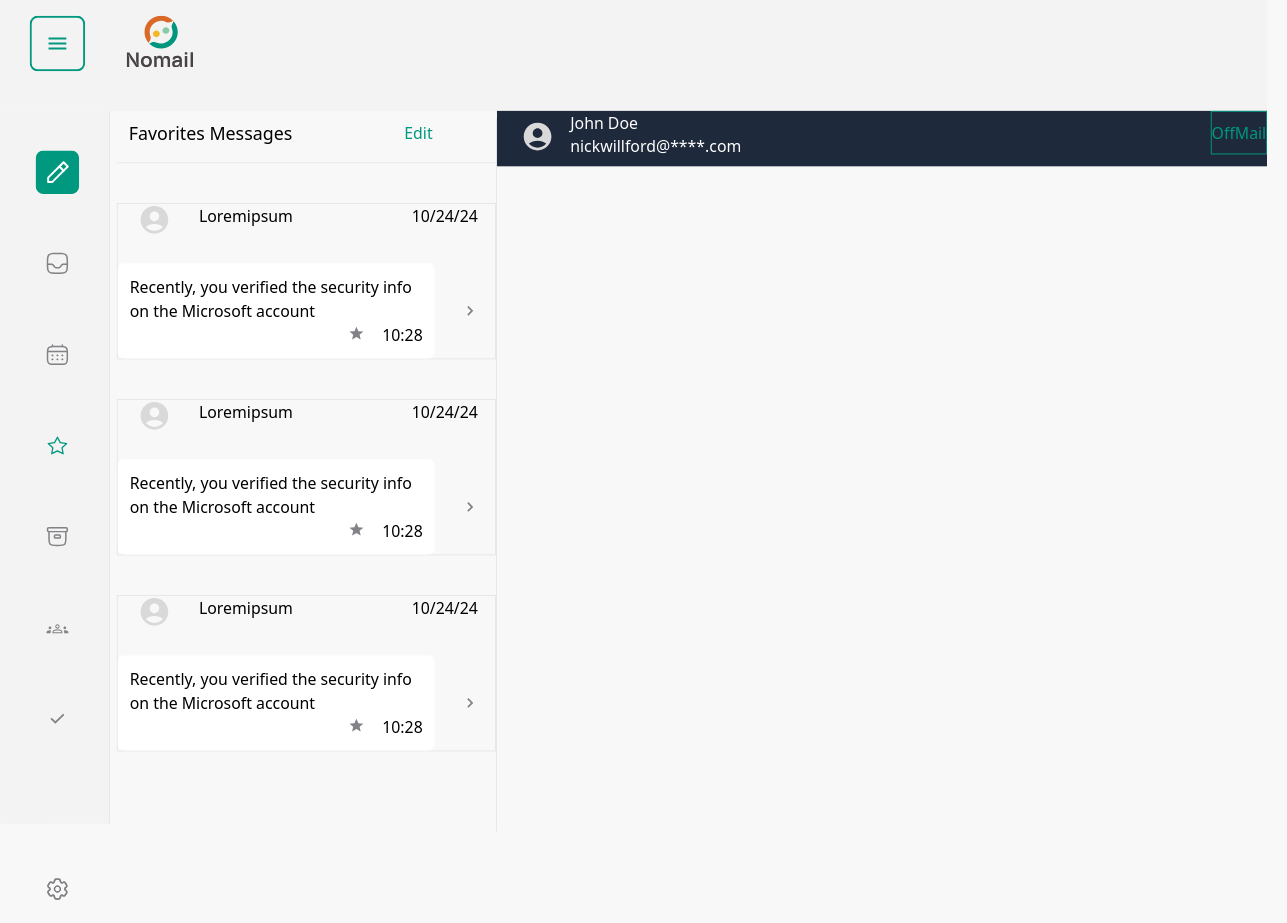
Repository: Tofigkh1/Nomail-Project
Page: /favorites (app in client/)
An editor plug-in stored every save of this project. The page is shown before and after a run of saves, followed by the edit.
The browser window is 1280 px wide. The page is 1280 px wide, then 1300 px, so the pictures cover 1300 px, including what lies to the right of the window. The pictures show the whole page, at 99% of full size.
The project was rebuilt for these pictures with package versions that can differ from the ones it lists, and the page was loaded fresh each time. The framework's server and built-in components were replaced by stand-ins that run in the browser. Also part of the build but not shown: client/next.config.mjs, client/components/shared/svg/FavoritesSvg.jsx, client/components/shared/svg/calendarActiveSvg.jsx, client/components/shared/client/CheckBox/index.tsx.

Above is the page before, as saved 2024-11-22 03:07:02.

### client/app/layout.tsx

import type { Metadata } from "next";
import localFont from "next/font/local";
import "./Styles/globals.css";


const geistSans = localFont({
  src: "./fonts/GeistVF.woff",
  variable: "--font-geist-sans",
  weight: "100 900",
});
const geistMono = localFont({
  src: "./fonts/GeistMonoVF.woff",
  variable: "--font-geist-mono",
  weight: "100 900",
});

export const metadata: Metadata = {
  title: "Create Next App",
  description: "Generated by create next app",
};

export default function RootLayout({
  children,
}: Readonly<{
  children: React.ReactNode;
}>) {
  return (
    <html lang="en">
      <body
        className={`${geistSans.variable} ${geistMono.variable} antialiased`}
      >
        {children}

      </body>
    </html>
  );
}

### client/app/Styles/globals.css
@tailwind base;
@tailwind components;
@tailwind utilities;

body{
  background-color: #f8f8f8;
}

.App {
  font-family: sans-serif;
  text-align: center;
}


:root {
  --background: #ffffff;
  --foreground: #171717;
}

@media (prefers-color-scheme: dark) {
  :root {
    --background: #0a0a0a;
    --foreground: #ededed;
  }
}


@layer utilities {
  .text-balance {
    text-wrap: balance;
  }
}

### client/components/shared/client/Header/header.tsx
'use client';
import { useContext } from "react";
import { SidebarContext } from '../SideBarMenu/sideBarMenu'; // Import context
import NomailLogo from "@/components/shared/svg/headerlLogoSvg";
import HamburgerBtnSvg from "../../svg/hamburgerBtnSvg"



export default function Header() {

    const { expanded, setExpanded } = useContext(SidebarContext); // Access context

    return (
        <div className="flex items-center justify-between p-4 bg-headerColor text-white">
            <div className='w-auto h-20 flex gap-14'>

                <div>
                    <button onClick={() => setExpanded(!expanded)}
                            className="pl-3.5  hover:bg-clientButtonGreen w-14 h-11">
                        <HamburgerBtnSvg/>
                    </button>
                </div>

                <div>
                    <NomailLogo/>
                </div>


            </div>
        </div>
    );
}

### client/components/shared/client/SideBarMenu/sideBarMenu.tsx
'use client';
import React, {  useContext, ReactNode } from "react";
// import { ChevronFirst, ChevronLast } from "lucide-react";


export const SidebarContext = React.createContext<{ expanded: boolean; setExpanded: (expanded: boolean) => void; }>({
    expanded: false,
    setExpanded: () => {},
});

// Sidebar component now depends on context for state
export default function Sidebar({ children }: { children: ReactNode }) {
    const { expanded } = useContext(SidebarContext);

    return (
        <aside className="h-screen bg-headerColor">
            <nav
                className={`h-full flex flex-col bg-headerColor border-r border-whiteLight3 transition-all duration-200 ease-in-out ml-3 ${expanded ? "w-[127%] h-[130%] " : "w-[99px]"}`}>

                <ul className=" flex-1 px-3">{children}</ul>
            </nav>
        </aside>
    );
}

// SidebarItem component for individual items inside the sidebar
type SidebarItemProps = {
    icon: ReactNode;   // Icon to display in the sidebar item
    text: string;      // Text to display in the sidebar item
    active: boolean;   // Boolean to determine if the item is active (highlighted)
    onClick: () => void; // Add onClick function to handle clicks
    style?: React.CSSProperties;
};

export function SidebarItem({icon, text, active, onClick,style}: SidebarItemProps) {
    const context = useContext(SidebarContext); // Sidebar context to manage expanded/collapsed state
    const {expanded} = context!;

    return (

        <li
            onClick={onClick} // Attach the click handler here
            style={style}
            className={`group relative flex items-center py-2 px-3 my-1 font-medium rounded-md cursor-pointer transition-colors mt-8
                ${
                  active
                    ? "text-mainRedLight" // Active item style
                    : expanded || active // Eğer expanded true ise hover stilini ekle
                    ? "hover:bg-textColorGreen"
                    : "" // Expanded değilse hover stili olmasın
                }`}
        >

            <span className="text-xl transition-all duration-300 ease-in-out">
        {icon}
      </span>

            {/* Text büyütüldü ve boşluk artırıldı */}
            {expanded && (
                <span className="ml-4 text-xl text-black transition-all duration-300 ease-in-out ">
          {text}
        </span>
            )}


            {!expanded && (
                <span
                    className={` absolute left-full whitespace-nowrap bg-textColorGreen text-white rounded-md py-1 px-2 transition-all duration-300 ease-in-out ml-2 opacity-0 group-hover:opacity-100`}
                >
          {text}
        </span>
            )}
        </li>
    );
}

### client/components/shared/svg/newMail.jsx
'use client'
export default function  newMail(){
    return(
        <>
            <svg width="44" height="44" viewBox="0 0 44 44" fill="none" xmlns="http://www.w3.org/2000/svg">
                <rect width="44" height="44" rx="8" fill="#00987F"/>
                <path fill-rule="evenodd" clip-rule="evenodd"
                      d="M27.5115 11.2439C27.902 10.8534 28.5351 10.8534 28.9257 11.2438L33.1687 15.4863C33.3562 15.6739 33.4616 15.9282 33.4616 16.1935C33.4616 16.4587 33.3562 16.7131 33.1687 16.9006L17.6122 32.4571C17.4247 32.6446 17.1703 32.75 16.9051 32.75H12.6626C12.1103 32.75 11.6626 32.3023 11.6626 31.75V27.5075C11.6626 27.2423 11.768 26.9879 11.9555 26.8004L27.5115 11.2439ZM28.2187 13.3652L13.6626 27.9217V30.75H16.4909L31.0473 16.1935L28.2187 13.3652Z"
                      fill="white"/>
                <path fill-rule="evenodd" clip-rule="evenodd"
                      d="M23.269 15.4864C23.6595 15.0959 24.2927 15.0959 24.6832 15.4864L28.9257 19.7289C29.3162 20.1194 29.3162 20.7526 28.9257 21.1431C28.5352 21.5336 27.902 21.5336 27.5115 21.1431L23.269 16.9006C22.8784 16.5101 22.8784 15.8769 23.269 15.4864Z"
                      fill="white"/>
            </svg>


        </>
    )
}

### client/components/shared/svg/ArchiveSvg.jsx
'use client'
export default function archiveSvg(){
    return(
        <>
            <svg width="44" height="44" viewBox="0 0 44 44" fill="none" xmlns="http://www.w3.org/2000/svg">
                <path
                    d="M19 22C19 21.534 19 21.301 19.076 21.117C19.1777 20.8725 19.3723 20.6783 19.617 20.577C19.801 20.5 20.034 20.5 20.5 20.5H23.5C23.966 20.5 24.199 20.5 24.383 20.576C24.6275 20.6777 24.8217 20.8723 24.923 21.117C25 21.301 25 21.534 25 22C25 22.466 25 22.699 24.924 22.883C24.8223 23.1275 24.6277 23.3217 24.383 23.423C24.199 23.5 23.966 23.5 23.5 23.5H20.5C20.034 23.5 19.801 23.5 19.617 23.424C19.3725 23.3223 19.1783 23.1277 19.077 22.883C19 22.699 19 22.466 19 22Z"
                    stroke="#A4A4A9" stroke-width="1.5"/>
                <path
                    d="M19 22C19 21.534 19 21.301 19.076 21.117C19.1777 20.8725 19.3723 20.6783 19.617 20.577C19.801 20.5 20.034 20.5 20.5 20.5H23.5C23.966 20.5 24.199 20.5 24.383 20.576C24.6275 20.6777 24.8217 20.8723 24.923 21.117C25 21.301 25 21.534 25 22C25 22.466 25 22.699 24.924 22.883C24.8223 23.1275 24.6277 23.3217 24.383 23.423C24.199 23.5 23.966 23.5 23.5 23.5H20.5C20.034 23.5 19.801 23.5 19.617 23.424C19.3725 23.3223 19.1783 23.1277 19.077 22.883C19 22.699 19 22.466 19 22Z"
                    stroke="black" stroke-opacity="0.2" stroke-width="1.5"/>
                <path
                    d="M30.5 17V23C30.5 26.771 30.5 28.657 29.328 29.828C28.157 31 26.271 31 22.5 31H21.5C17.729 31 15.843 31 14.672 29.828C13.5 28.657 13.5 26.771 13.5 23V17"
                    stroke="#A4A4A9" stroke-width="1.5" stroke-linecap="round"/>
                <path
                    d="M30.5 17V23C30.5 26.771 30.5 28.657 29.328 29.828C28.157 31 26.271 31 22.5 31H21.5C17.729 31 15.843 31 14.672 29.828C13.5 28.657 13.5 26.771 13.5 23V17"
                    stroke="black" stroke-opacity="0.2" stroke-width="1.5" stroke-linecap="round"/>
                <path
                    d="M12 15C12 14.057 12 13.586 12.293 13.293C12.586 13 13.057 13 14 13H30C30.943 13 31.414 13 31.707 13.293C32 13.586 32 14.057 32 15C32 15.943 32 16.414 31.707 16.707C31.414 17 30.943 17 30 17H14C13.057 17 12.586 17 12.293 16.707C12 16.414 12 15.943 12 15Z"
                    stroke="#A4A4A9" stroke-width="1.5"/>
                <path
                    d="M12 15C12 14.057 12 13.586 12.293 13.293C12.586 13 13.057 13 14 13H30C30.943 13 31.414 13 31.707 13.293C32 13.586 32 14.057 32 15C32 15.943 32 16.414 31.707 16.707C31.414 17 30.943 17 30 17H14C13.057 17 12.586 17 12.293 16.707C12 16.414 12 15.943 12 15Z"
                    stroke="black" stroke-opacity="0.2" stroke-width="1.5"/>
            </svg>

        </>
    )
}

### client/components/shared/svg/TodoSvg.jsx
'use client'
export default function  todoSvg(){
    return(
        <>
            <svg width="44" height="44" viewBox="0 0 44 44" fill="none" xmlns="http://www.w3.org/2000/svg">
                <path d="M19.8957 27L15 22.2599L16.2239 21.0748L19.8957 24.6299L27.7761 17L29 18.185L19.8957 27Z"
                      fill="#A4A4A9"/>
                <path d="M19.8957 27L15 22.2599L16.2239 21.0748L19.8957 24.6299L27.7761 17L29 18.185L19.8957 27Z"
                      fill="black" fill-opacity="0.2"/>
            </svg>

        </>
    )
}

### client/components/shared/svg/FavoritesActiveSvg.jsx
'use client'
export default function  favoritesActiveSvg(){
    return(
        <>
        <svg width="44" height="44" viewBox="0 0 44 44" fill="none" xmlns="http://www.w3.org/2000/svg">
<path d="M15.5808 30.2201C15.4833 30.7528 16.0307 31.1692 16.5132 30.9316L22.0006 28.2246L27.4868 30.9316C27.9693 31.1692 28.5168 30.7528 28.4193 30.2213L27.3818 24.5457L31.7842 20.5188C32.1967 20.142 31.9842 19.4533 31.4317 19.3789L25.3093 18.5438L22.5794 13.3517C22.5274 13.2465 22.4453 13.1576 22.3428 13.0953C22.2402 13.0331 22.1214 13 22 13C21.8787 13 21.7598 13.0331 21.6573 13.0953C21.5547 13.1576 21.4727 13.2465 21.4206 13.3517L18.6907 18.545L12.5683 19.3801C12.0171 19.4545 11.8033 20.1432 12.2146 20.52L16.6182 24.5469L15.5808 30.2225V30.2201ZM21.7119 26.8999L17.1045 29.1725L17.972 24.4245C17.9928 24.3152 17.9852 24.2026 17.9496 24.0969C17.914 23.9911 17.8517 23.8955 17.7682 23.8185L14.1358 20.4948L19.2007 19.8037C19.3054 19.788 19.4046 19.7484 19.4901 19.6883C19.5756 19.6281 19.6448 19.5492 19.6919 19.4581L21.9981 15.0688L24.3068 19.4581C24.354 19.5492 24.4232 19.6281 24.5086 19.6883C24.5941 19.7484 24.6934 19.788 24.7981 19.8037L29.863 20.4936L26.2306 23.8173C26.1469 23.8944 26.0844 23.9903 26.0488 24.0962C26.0133 24.2022 26.0057 24.315 26.0268 24.4245L26.8943 29.1725L22.2869 26.8999C22.1979 26.8555 22.0991 26.8324 21.9988 26.8324C21.8985 26.8324 21.8009 26.8555 21.7119 26.8999Z" fill="#00987F"/>
</svg>



        </>
    )
}

### client/components/shared/client/FavoritesMessage/index.tsx
// import CheckboxComponent from "../CheckBox";
// import SearchIconSvg from "../../svg/SearchIconSvg";
import ProfileSvg from "../../../../components/shared/svg/ProfileSvg"
import MessageArrovSvg from "../../../../components/shared/svg/MessageArrovSvg"
import { useState } from "react";
import CheckboxComponent from "../CheckBox";
import StarSvg from "../../../../components/shared/svg/starSvg"


export default function FavoritesMessage() {
    const [editMode, setEditMode] = useState(false);

    const handleEditClick = () => {
        setEditMode(!editMode);
    };
    return (
        <>
            <div className='w-96 h-screen border-r border-whiteLight3 '>







                <div className='flex text-textColGreen font-medium justify-between mt-2'>
                <h1 className="text-black ml-3 text-lg">Favorites Messages</h1>
                <button className={ editMode? 'mr-12 bg-gray-400 rounded-lg w-16 h-8 text-white': 'mr-16' } onClick={handleEditClick}>
                            {editMode ? "Done" : "Edit"}
                        </button>
                </div>
                <div className="border-b border-whiteLight3 mt-4 w-full"></div>
                {[...Array(3)].map((_, index) => (
                        <div key={index}>
                <div className=" border border-r border-whiteLight3 mt-10">
                {editMode && <CheckboxComponent />}
                    <div className=" flex gap-36 ml-3">



                <div className=" flex gap-5">
                <ProfileSvg/>
                <div className=" flex">
                <h1>Lorem</h1>
                <h1>ipsum</h1>
                </div>


                </div>

                <div>
                <h1 className=" -ml-6">10/24/24</h1>
                </div>

                </div>


<div className=" mt-7 flex items-center ">
                <div className="  bg-white rounded-md w-80 h-24 p-3">
                    <p>Recently, you verified the security info on the Microsoft account </p>
                    <div className=" flex justify-end right-0 ml-7 gap-4">
                    <StarSvg/>
                    <h1>10:28</h1>
                    </div>



                </div>

                <div className="ml-5">
                    <MessageArrovSvg/>
                </div>

                </div>
                </div>
</div>
  ))}

                {/* <div className=" border border-whiteLight3 w-full pt-7 mt-5">

<div className=" flex gap-36 ml-3">



<div className=" flex gap-5">
<ProfileSvg/>
<h1>Lorem Ipsum</h1>

</div>

<div>
<h1 className="">10/24/24</h1>
</div>

</div>


<div className=" mt-7 flex items-center ">
<div className="  bg-white rounded-md w-80 h-24 p-3">
<p>Recently, you verified the security info on the Microsoft account </p>
</div>

<div className="ml-5">
<MessageArrovSvg/>
</div>

</div>
</div>


<div className=" border border-whiteLight3 w-full pt-7 mt-5">

<div className=" flex gap-36 ml-3">



<div className=" flex gap-5">
<ProfileSvg/>
<h1>Lorem Ipsum</h1>

</div>

<div>
<h1 className="">10/24/24</h1>
</div>

</div>


<div className=" mt-7 flex items-center ">
<div className="  bg-white rounded-md w-80 h-24 p-3">
<p>Recently, you verified the security info on the Microsoft account </p>
</div>

<div className="ml-5">
<MessageArrovSvg/>
</div>

</div>
</div> */}

            </div>
        </>
    );
}

### client/components/shared/client/messagesView/index.tsx
"use client";

import ProfileSvg from "../../svg/ProfileSvg";


export default function MessagesView() {



    return(

        <div>

        <header>
            <div className=" top-0 w-full h-14 bg-slate-800">

                <div className=" flex justify-between">




                <div className=" flex gap-2">


                <div className=" pt-2.5 ml-4">
                <ProfileSvg/>
                </div>
                <div className=" text-white">
                    <h1>John Doe</h1>
                    <h1>nickwillford@****.com</h1>
                </div>
                </div>


                <div>
                    <button className=" border border-buttonColor text-buttonColor h-11">
                        OffMail
                    </button>
                </div>

                </div>
            </div>
        </header>


        </div>

    )

}

### client/components/shared/svg/hamburgerBtnSvg.jsx
'use client'
export default function  HamburgerBtnSvg(){
    return(
        <>
            <svg width="56" height="56" viewBox="0 0 56 56" fill="none" xmlns="http://www.w3.org/2000/svg">
                <rect x="1" y="1" width="54" height="54" rx="7" stroke="#00987F" stroke-width="2"/>
                <path d="M19 22H37V24H19V22ZM19 27H37V29H19V27ZM19 32H37V34H19V32Z" fill="#00987F"/>
            </svg>


        </>
    )
}

### client/components/shared/svg/ProfileSvg.jsx
'use client'
export default function  ProfileSvg(){
    return(
        <>


            <svg width="50" height="32" viewBox="0 0 32 32" fill="none" xmlns="http://www.w3.org/2000/svg">
<g clip-path="url(#clip0_1904_19120)">
<path fill-rule="evenodd" clip-rule="evenodd" d="M16 2C8.2678 2 2 8.2678 2 16C2 23.7322 8.2678 30 16 30C23.7322 30 30 23.7322 30 16C30 8.2678 23.7322 2 16 2ZM11.1 12.5C11.1 11.8565 11.2267 11.2193 11.473 10.6249C11.7192 10.0304 12.0802 9.49018 12.5352 9.03518C12.9902 8.58017 13.5304 8.21924 14.1249 7.97299C14.7193 7.72674 15.3565 7.6 16 7.6C16.6435 7.6 17.2807 7.72674 17.8751 7.97299C18.4696 8.21924 19.0098 8.58017 19.4648 9.03518C19.9198 9.49018 20.2808 10.0304 20.527 10.6249C20.7733 11.2193 20.9 11.8565 20.9 12.5C20.9 13.7996 20.3838 15.0459 19.4648 15.9648C18.5459 16.8838 17.2996 17.4 16 17.4C14.7004 17.4 13.4541 16.8838 12.5352 15.9648C11.6162 15.0459 11.1 13.7996 11.1 12.5ZM24.7612 22.9776C23.7129 24.2955 22.3805 25.3597 20.8635 26.0908C19.3465 26.8219 17.684 27.2011 16 27.2C14.316 27.2011 12.6535 26.8219 11.1365 26.0908C9.61949 25.3597 8.28713 24.2955 7.2388 22.9776C9.5082 21.3494 12.605 20.2 16 20.2C19.395 20.2 22.4918 21.3494 24.7612 22.9776Z" fill="#D9D9D9"/>
</g>
<defs>
<clipPath id="clip0_1904_19120">
<rect width="32" height="32" fill="white"/>
</clipPath>
</defs>
</svg>


        </>
    )
}

### client/components/shared/svg/MessageArrovSvg.jsx
'use client'
export default function  MessageArrovSvg(){
    return(
        <>




            <svg width="32" height="32" viewBox="0 0 32 32" fill="none" xmlns="http://www.w3.org/2000/svg">
<path fill-rule="evenodd" clip-rule="evenodd" d="M14.2 11L19 16L14.2 21L13 19.75L16.6 16L13 12.25L14.2 11Z" fill="#A4A4A9"/>
<path fill-rule="evenodd" clip-rule="evenodd" d="M14.2 11L19 16L14.2 21L13 19.75L16.6 16L13 12.25L14.2 11Z" fill="black" fill-opacity="0.2"/>
</svg>

        </>
    )
}

### client/components/shared/svg/starSvg.jsx
'use client'
export default function  starSvg(){
    return(
        <>




<svg width="20" height="20" viewBox="0 0 20 20" fill="none" xmlns="http://www.w3.org/2000/svg">
<path d="M5.6775 17L6.815 12.1934L3 8.96053L8.04 8.53289L10 4L11.96 8.53289L17 8.96053L13.185 12.1934L14.3225 17L10 14.4513L5.6775 17Z" fill="#A4A4A9"/>
<path d="M5.6775 17L6.815 12.1934L3 8.96053L8.04 8.53289L10 4L11.96 8.53289L17 8.96053L13.185 12.1934L14.3225 17L10 14.4513L5.6775 17Z" fill="black" fill-opacity="0.2"/>
</svg>

        </>
    )
}

### client/tailwind.config.ts
import type { Config } from "tailwindcss";

const config: Config = {
  content: [
    "./pages/**/*.{js,ts,jsx,tsx,mdx}",
    "./components/**/*.{js,ts,jsx,tsx,mdx}",
    "./app/**/*.{js,ts,jsx,tsx,mdx}",
  ],
  theme: {
    extend: {
      colors: {
        background: "var(--background)",
        foreground: "var(--foreground)",
        headerColor: "#F3F3F3",
        textColorGreen: "#00987F",
        textGray: "#A4A4A9",
        sideBarColor: "#E5E5E5",
        textColGreen: "#00987F",
        bordersColor: "#D1D1D6",
        buttonColor: "#00987F"
      },
    },
  },
  plugins: [],
};
export default config;

Loaded but not shown: client/components/shared/svg/settingSvg.jsx (25 lines, source omitted); client/components/shared/svg/calendarSvg.jsx (31 lines, source omitted); client/components/shared/svg/InboxSvg.jsx (17 lines, source omitted); client/components/shared/svg/groupSvg.jsx (17 lines, source omitted); client/app/favorites/page.tsx (120 lines, source omitted); client/components/shared/svg/headerlLogoSvg.jsx (38 lines, source omitted)

After the next 5 saves:
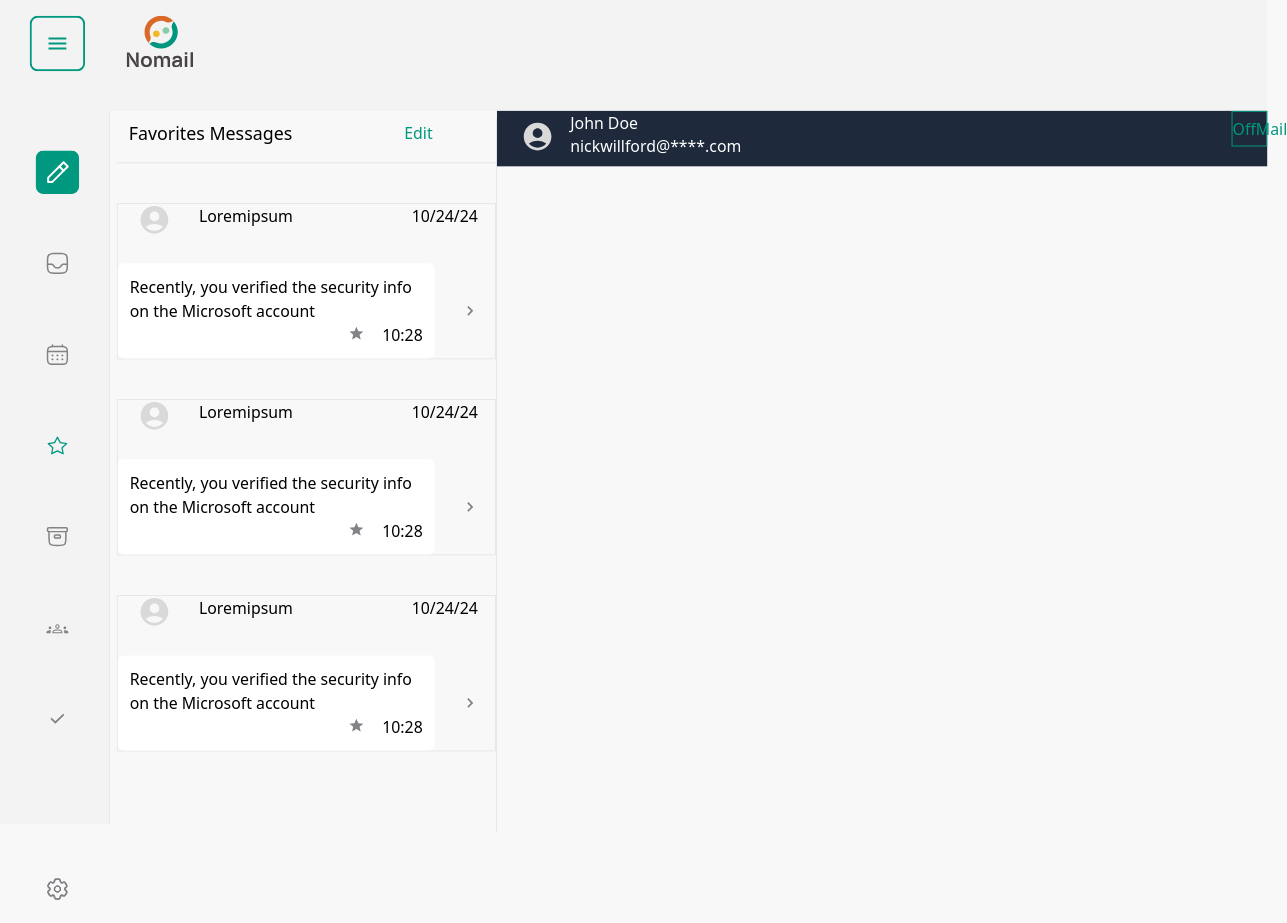
The 5 saves are shown as one change because they came seconds apart.
The last was saved 14 s later.
--- a/client/components/shared/client/messagesView/index.tsx
+++ b/client/components/shared/client/messagesView/index.tsx
@@ -33,7 +33,7 @@ export default function MessagesView() {
 
 
                 <div>
-                    <button className=" border border-buttonColor text-buttonColor h-11">
+                    <button className=" border border-buttonColor text-buttonColor w-9 h-9">
                         OffMail
                     </button>
                 </div>
